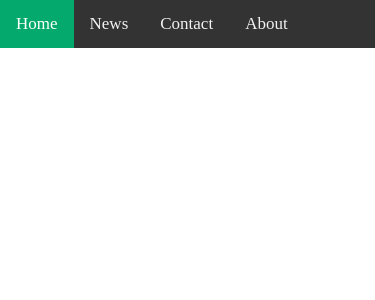
Repository: mcleanka/gym-management-system
Page: index.html
The author's editor kept a copy of each file at every save. The page is drawn from the files as they stood at one save, then again after the next save.
The browser window is 375 px wide. The pictures show the whole page.

Above is the page before, as saved 2022-07-01 16:32:48.

After the next save:
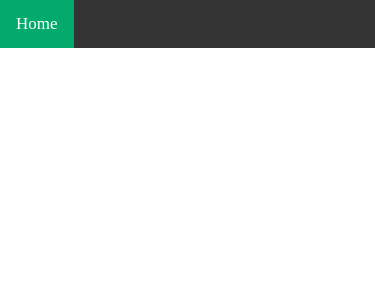
Saved 45 s later.
--- a/css/style.css
+++ b/css/style.css
@@ -36,3 +36,34 @@
 .topnav .icon {
 	display: none;
 }
+
+/* When the screen is less than 600 pixels wide, hide all links, except for the first one ("Home"). Show the link that contains should open and close the topnav (.icon) */
+@media screen and (max-width: 600px) {
+	.topnav a:not(:first-child) {
+		display: none;
+	}
+
+	.topnav a.icon {
+		float: right;
+		display: block;
+	}
+}
+
+/* The "responsive" class is added to the topnav with JavaScript when the user clicks on the icon. This class makes the topnav look good on small screens (display the links vertically instead of horizontally) */
+@media screen and (max-width: 600px) {
+	.topnav.responsive {
+		position: relative;
+	}
+
+	.topnav.responsive a.icon {
+		position: absolute;
+		right: 0;
+		top: 0;
+	}
+
+	.topnav.responsive a {
+		float: none;
+		display: block;
+		text-align: left;
+	}
+}
